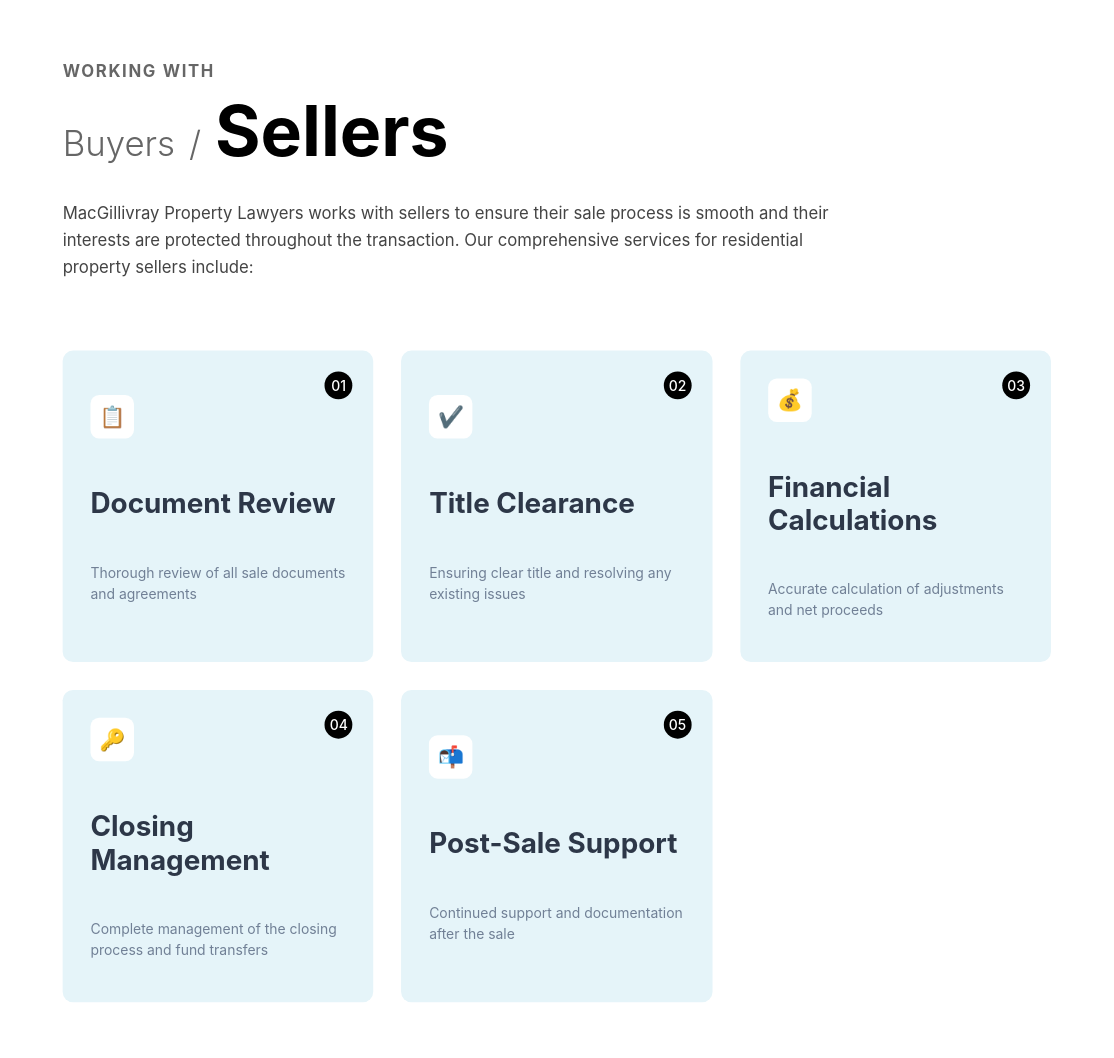
Repository: mibma/alphavent
Page: /sellers
These files come from the project's save history. The page is drawn as it stood at one moment and after the next save; the edit follows.
The browser window is 1280 px wide. The pictures show the whole page, at 87% of full size.
The project was rebuilt for these pictures with package versions that can differ from the ones it lists, and the page was loaded fresh each time. The framework's server and built-in components were replaced by stand-ins that run in the browser.

Above is the page before, as saved 2025-04-22 23:12:32.

### pages/_app.js
import '../styles/globals.css'

function MyApp({ Component, pageProps }) {
  return <Component {...pageProps} />
}

export default MyApp

### pages/sellers.js
import styles from '../styles/Home.module.css';
import Head from 'next/head';
import Link from 'next/link';

const sellerServices = [
  {
    id: '01',
    title: 'Document Review',
    description: 'Thorough review of all sale documents and agreements',
    icon: '📋'
  },
  {
    id: '02',
    title: 'Title Clearance',
    description: 'Ensuring clear title and resolving any existing issues',
    icon: '✔️'
  },
  {
    id: '03',
    title: 'Financial Calculations',
    description: 'Accurate calculation of adjustments and net proceeds',
    icon: '💰'
  },
  {
    id: '04',
    title: 'Closing Management',
    description: 'Complete management of the closing process and fund transfers',
    icon: '🔑'
  },
  {
    id: '05',
    title: 'Post-Sale Support',
    description: 'Continued support and documentation after the sale',
    icon: '📬'
  }
];

export default function SellerPage() {
  return (
    <div className={styles.container}>
      <Head>
        <title>Working with Sellers | MacGillivray Property Lawyers</title>
        <meta name="description" content="Professional property law services for sellers" />
      </Head>

      <main className={styles.main}>
        <div className={styles.header}>
          <h1 className={styles.title}>
            <span className={styles.mainTitle}>WORKING WITH</span>
            <div className={styles.titleRow}>
              <Link href="/" className={styles.smallTitle}>Buyers</Link>
              <span className={styles.divider}>/</span>
              <span className={styles.largeTitle}>Sellers</span>
            </div>
          </h1>

          <p className={styles.description}>
            MacGillivray Property Lawyers works with sellers to ensure their sale process is smooth and their interests are protected throughout the transaction. Our comprehensive services for residential property sellers include:
          </p>
        </div>

        <div className={styles.servicesGrid}>
          {sellerServices.map((service) => (
            <div key={service.id} className={styles.serviceCard}>
              <div className={styles.serviceContent}>
                <div className={styles.iconContainer}>
                  <span className={styles.icon}>{service.icon}</span>
                </div>
                <h3 className={styles.serviceTitle}>{service.title}</h3>
                <p className={styles.serviceDescription}>{service.description}</p>
              </div>
              <div className={styles.serviceNumber}>{service.id}</div>
            </div>
          ))}
        </div>
      </main>
    </div>
  );
}

### styles/globals.css
html,
body {
  padding: 0;
  margin: 0;
  font-family: -apple-system, BlinkMacSystemFont, Segoe UI, Roboto, Oxygen,
    Ubuntu, Cantarell, Fira Sans, Droid Sans, Helvetica Neue, sans-serif;
}

a {
  color: inherit;
  text-decoration: none;
}

* {
  box-sizing: border-box;
}

### styles/Home.module.css
.container {
  max-width: 1200px;
  margin: 0 auto;
  padding: 2rem;
}

.nav {
  display: flex;
  justify-content: flex-end;
  padding: 1rem 0;
}

.navLink {
  color: #0070f3;
  text-decoration: none;
  font-size: 1.1rem;
  transition: color 0.3s ease;
}

.navLink:hover {
  color: #0051b3;
}

.main {
  min-height: 100vh;
  padding: 1rem 0;
}

.header {
  margin-bottom: 4rem;
}

.title {
  margin-bottom: 2rem;
}

.mainTitle {
  display: block;
  font-size: 1.2rem;
  color: #666;
  margin-bottom: 0.5rem;
  letter-spacing: 0.1em;
}

.titleRow {
  display: flex;
  align-items: baseline;
  gap: 1rem;
}

.largeTitle {
  font-size: clamp(3rem, 8vw, 5rem);
  font-weight: 700;
  color: #000;
}

.divider {
  font-size: 2.5rem;
  color: #666;
  font-weight: 300;
}

.smallTitle {
  font-size: 2.5rem;
  color: #666;
  font-weight: 300;
  text-decoration: none;
  transition: color 0.3s ease;
}

.smallTitle:hover {
  color: #000;
}

.description {
  font-size: 1.2rem;
  line-height: 1.6;
  color: #444;
  max-width: 900px;
  margin-bottom: 3rem;
}

.servicesGrid {
  display: grid;
  grid-template-columns: repeat(auto-fit, minmax(280px, 1fr));
  gap: 2rem;
  padding: 1rem 0;
}

.serviceCard {
  background-color: #E5F4F9;
  border-radius: 12px;
  padding: 2rem;
  position: relative;
  transition: all 0.3s ease;
  min-height: 180px;
  display: flex;
  flex-direction: column;
  justify-content: center;
}

.serviceCard:hover {
  transform: translateY(-5px);
  box-shadow: 0 10px 20px rgba(0, 0, 0, 0.05);
}

.serviceContent {
  flex: 1;
  display: flex;
  flex-direction: column;
  justify-content: center;
}

.iconContainer {
  background-color: white;
  width: 50px;
  height: 50px;
  border-radius: 10px;
  display: flex;
  align-items: center;
  justify-content: center;
  margin-bottom: 1.5rem;
}

.icon {
  font-size: 1.5rem;
}

.serviceNumber {
  position: absolute;
  top: 1.5rem;
  right: 1.5rem;
  background-color: black;
  color: white;
  width: 32px;
  height: 32px;
  border-radius: 50%;
  display: flex;
  align-items: center;
  justify-content: center;
  font-size: 1rem;
  font-weight: 500;
}

.serviceTitle {
  font-size: 2rem;
  font-weight: 700;
  color: #2d3748;
  line-height: 1.2;
}

.serviceDescription {
  color: #718096;
  line-height: 1.5;
}

@media (max-width: 768px) {
  .container {
    padding: 1rem;
  }

  .titleRow {
    flex-direction: column;
    gap: 0.5rem;
  }

  .divider {
    display: none;
  }

  .smallTitle {
    font-size: 2rem;
  }

  .servicesGrid {
    grid-template-columns: 1fr;
  }

  .serviceCard {
    min-height: 150px;
  }

  .serviceTitle {
    font-size: 1.75rem;
  }
}

After the next save:
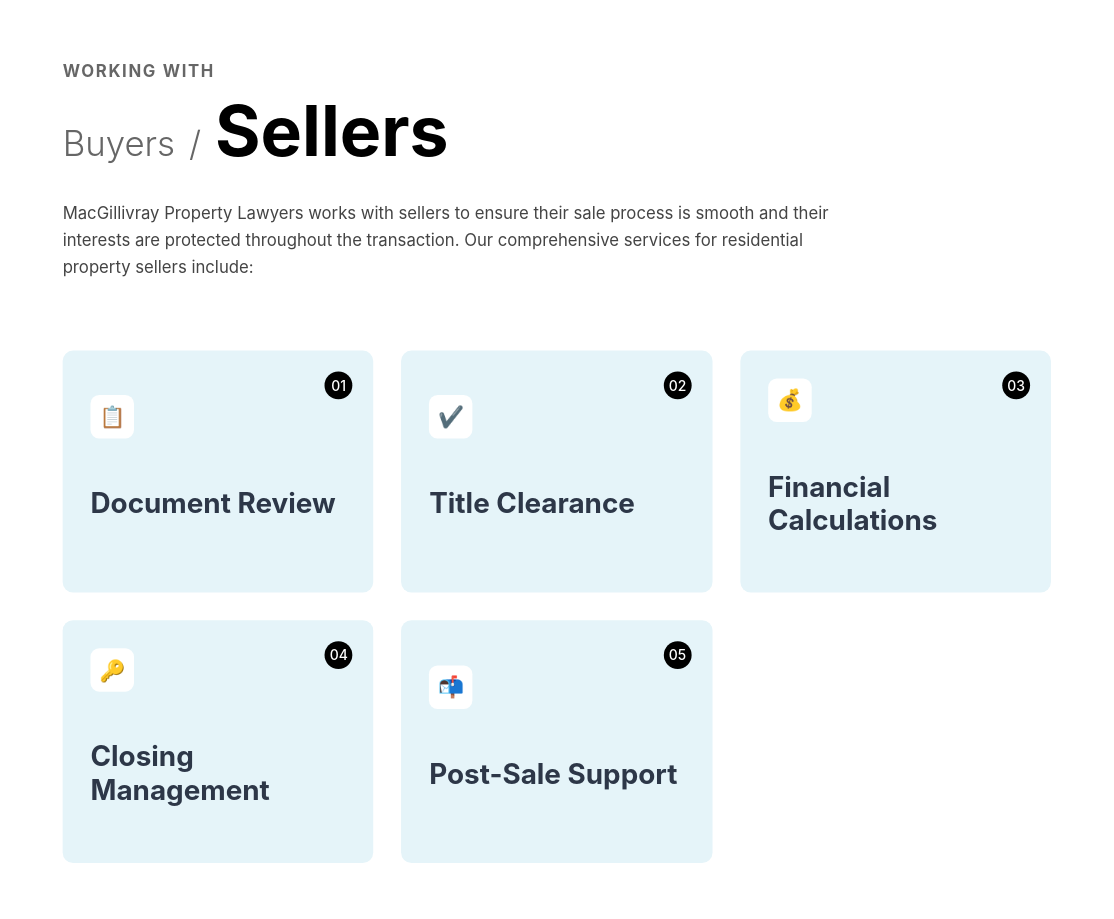
Saved 24 s later.
--- a/pages/sellers.js
+++ b/pages/sellers.js
@@ -6,31 +6,26 @@
   {
     id: '01',
     title: 'Document Review',
-    description: 'Thorough review of all sale documents and agreements',
     icon: '📋'
   },
   {
     id: '02',
     title: 'Title Clearance',
-    description: 'Ensuring clear title and resolving any existing issues',
     icon: '✔️'
   },
   {
     id: '03',
     title: 'Financial Calculations',
-    description: 'Accurate calculation of adjustments and net proceeds',
     icon: '💰'
   },
   {
     id: '04',
     title: 'Closing Management',
-    description: 'Complete management of the closing process and fund transfers',
     icon: '🔑'
   },
   {
     id: '05',
     title: 'Post-Sale Support',
-    description: 'Continued support and documentation after the sale',
     icon: '📬'
   }
 ];
@@ -67,7 +62,6 @@
                   <span className={styles.icon}>{service.icon}</span>
                 </div>
                 <h3 className={styles.serviceTitle}>{service.title}</h3>
-                <p className={styles.serviceDescription}>{service.description}</p>
               </div>
               <div className={styles.serviceNumber}>{service.id}</div>
             </div>
